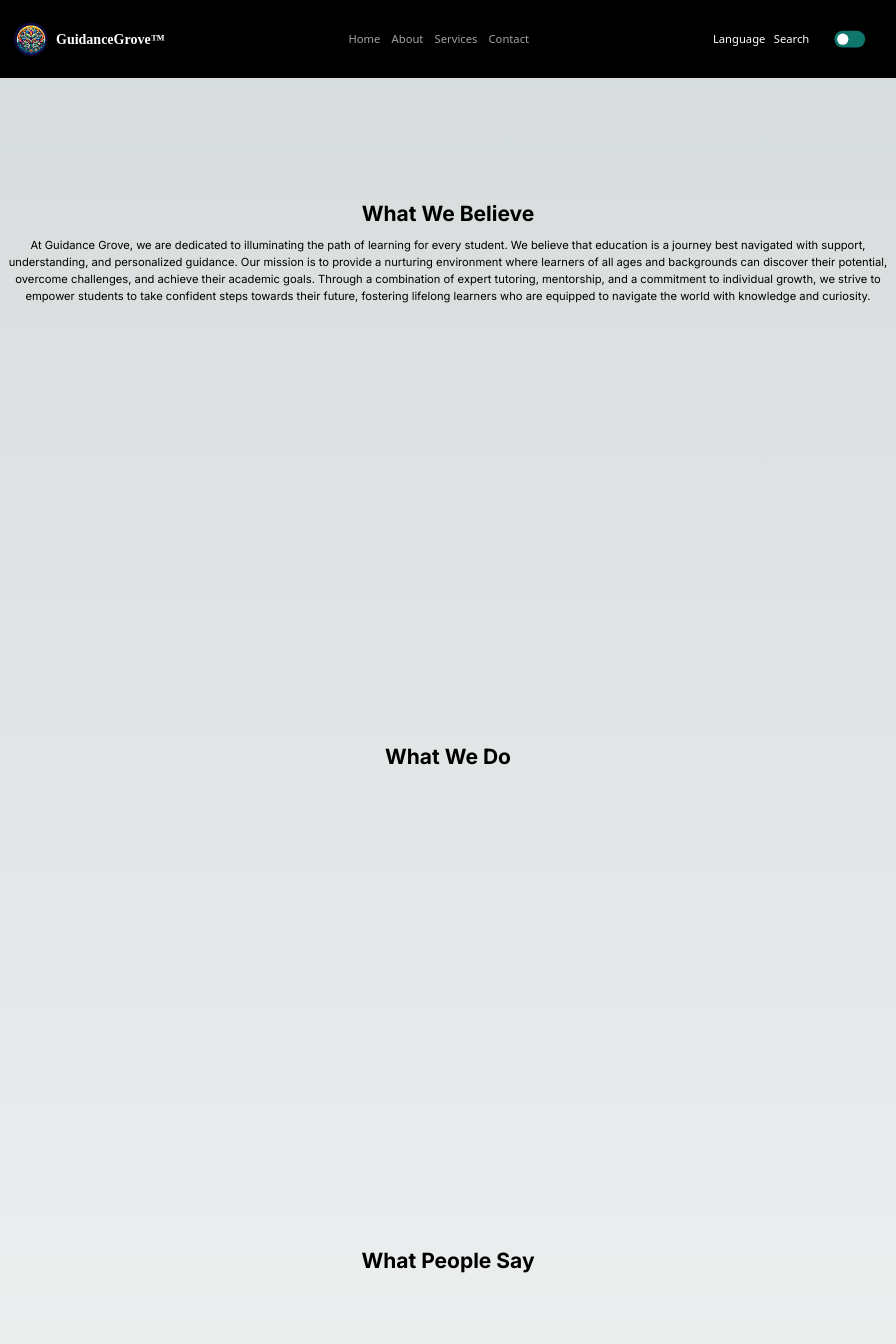
Repository: PositiveGuy/GuidanceGrove
Page: /
The author's editor kept a copy of each file at every save. The page is drawn from the files as they stood at one save, then again after the next save.
The browser window is 1280 px wide. The pictures show the part of the page from y = 0 to 1920 px (the page is 3600 px tall), at 70% of full size.
The project was rebuilt for these pictures with package versions that can differ from the ones it lists, and the page was loaded fresh each time. The framework's server and built-in components were replaced by stand-ins that run in the browser. Also part of the build but not shown: next.config.js.

Above is the page before, as saved 2023-12-28 11:27:01.

### src/app/layout.tsx
import React from 'react';
import Header from '../components/header';
import Footer from '../components/footer';
import { Inter } from 'next/font/google';
import './globals.css';
import { ThemeContextProvider } from '@/context/ThemeContext';
import ThemeProvider from '@/providers/ThemeProvider';
import ThemeWrapper from '@/components/ThemeWrapper';

//font
const inter = Inter({ subsets: ['latin'] });



//header and footer layout
const RootLayout = ({ children }: { children: React.ReactNode }) => {
  return (
    <html lang='en'>
      <body>
        <ThemeContextProvider>
          <ThemeProvider>
            <Header />

            <main className={inter.className}>{children}</main>

          </ThemeProvider>
        </ThemeContextProvider>
      </body>
    </html>
  );
};

export default RootLayout;

### src/app/page.tsx
import React from 'react';
//components import
import BelieveSection from '../components/BelieveSection';
import ServicesSection from '../components/ServicesSection';
import TestimonialsSection from '../components/TestimonialsSection';
import CallToActionSection from '../components/CallToActionSection';
import ContactSection from '../components/ContactSection';


//page layout
const Page = () => {
  return (
    <>

      <BelieveSection />
      <ServicesSection />
      <TestimonialsSection />
      <CallToActionSection />
      <ContactSection />
    </>
  );
};

export default Page;

### src/components/header.tsx
"use client"
import ThemeToggle from "./ThemeToggle";


const Header = () => {
  return (
    <nav className="fixed z-50 w-full flex justify-between items-center p-5 bg-black">
      {/* Left Side: Logo and GuidanceGrove™ */}
      <div className="flex items-center space-x-3">
        <img src="/Logo/guidance-grove-logo.png" alt="Guidance Grove Logo" className="h-12 w-12 rounded-full" />
        <div className="text-xl font-caveat font-bold text-white">
          GuidanceGrove™
        </div>
      </div>

      {/* Center: Navigation Links */}
      <div>
        <ul className="flex space-x-4">
          <li><a href="/" className="text-neutral-400 hover:text-white">Home</a></li>
          <li><a href="/about" className="text-neutral-400 hover:text-white">About</a></li>
          <li><a href="/services" className="text-neutral-400 hover:text-white">Services</a></li>
          <li><a href="/contact" className="text-neutral-400 hover:text-white">Contact</a></li>
        </ul>
      </div>

      {/* Right Side: Placeholders for Language, Search, and Dark Mode Toggle */}
      <div className="flex items-center space-x-3">
        <div className="text-white">Language</div>
        <div className="text-white">Search</div>
        <ThemeToggle />
      </div>
    </nav>
  );
};

export default Header;

### src/app/globals.css
@tailwind base;
@tailwind components;
@tailwind utilities;

:root {
  --foreground-rgb: 0, 0, 0;
  --background-start-rgb: 214, 219, 220;
  --background-end-rgb: 255, 255, 255;
}

@media (prefers-color-scheme: dark) {
  :root {
    --foreground-rgb: 255, 255, 255;
    --background-start-rgb: 0, 0, 0;
    --background-end-rgb: 0, 0, 0;
  }
}

body {
  color: rgb(var(--foreground-rgb));
  background: linear-gradient(
      to bottom,
      transparent,
      rgb(var(--background-end-rgb))
    )
    rgb(var(--background-start-rgb));
}

.custom-shadow {
    box-shadow: 0 2px 4px rgba(0, 0, 0, 0.2);
}

### src/context/ThemeContext.tsx
"use client"
import { createContext, useState, ReactNode, useEffect } from "react"

interface ChildrenProps {
    children: ReactNode
}

interface ThemeContextType {
    theme: string
    toggle: () => void
}

// This component is responsible to registering and remembering what theme was chosen by the user
// we use local storage for that
export const ThemeContext = createContext<ThemeContextType>({
    theme: "light",
    toggle: () => { },
})

function getFromLocalStorage() {
    if (typeof window === "undefined") {
        return "light";
    }
    const storedTheme = localStorage.getItem("theme");
    console.log("Initial theme from localStorage:", storedTheme); // Debug log
    return storedTheme || "light";
}


export const ThemeContextProvider = ({ children }: ChildrenProps) => {
    const [theme, setTheme] = useState<string>(getFromLocalStorage)

    // since next.js uses server side rendering, we must specify if the transition to client is completed
    const toggle = () => {
        setTheme(prevTheme => prevTheme === "light" ? "dark" : "light");
    };



    useEffect(() => {
        console.log("Updating theme in localStorage to:", theme); // Debug log
        localStorage.setItem("theme", theme);
    }, [theme]);



    return <ThemeContext.Provider value={{ theme, toggle }}>{children}</ThemeContext.Provider>
}

### src/providers/ThemeProvider.tsx
"use client"

import { ThemeContext } from "@/context/ThemeContext"
import { useState, useEffect, useContext, ReactNode } from "react"


interface ChildrenProps {
    children: ReactNode
}

// this component is created to keep the layout/page as server side rendered.
// useContext() requires you to have "use client"

export default function ThemeProvider({ children }: ChildrenProps) {
    const { theme } = useContext(ThemeContext)
    const [mounted, setMounted] = useState(false)

    useEffect(() => {
        setMounted(true)
    }, [])

    if (mounted) {
        return <div className={theme}>{children}</div>
    }
    return <div className={theme}>{children}</div>
}

### src/components/BelieveSection.tsx
"use client"
import { ThemeContext } from "@/context/ThemeContext";
import { useContext } from "react";

const BelieveSection = () => {
  const { theme } = useContext(ThemeContext)
  return (
    <div id="believe" className={`h-screen flex items-center justify-center ${theme === "light" ? " bg-red" : "bg-blue"} `}>
      <div className="text-center">
        <h2 className="text-3xl font-bold">What We Believe</h2>
        <p className="mt-4">At Guidance Grove, we are dedicated to illuminating the path of learning for every student.
          We believe that education is a journey best navigated with support, understanding, and personalized guidance.
          Our mission is to provide a nurturing environment where learners of all ages and backgrounds
          can discover their potential, overcome challenges, and achieve their academic goals.
          Through a combination of expert tutoring, mentorship, and a commitment to individual growth,
          we strive to empower students to take confident steps towards their future,
          fostering lifelong learners who are equipped to navigate the world with knowledge and curiosity.</p>
      </div>
    </div>
  );
};

export default BelieveSection;

### src/components/ServicesSection.tsx
"use client"
import { ThemeContext } from "@/context/ThemeContext";
import { useContext } from "react";

const ServicesSection = () => {
  const { theme } = useContext(ThemeContext)
  return (
    <div id="services" className={`h-screen flex items-center justify-center  `}>
      <div className="text-center">
        <h2 className="text-3xl font-bold">What We Do</h2>
        {/* Add service details here */}
      </div>
    </div>
  );
};

export default ServicesSection;

### src/components/TestimonialsSection.tsx
"use client"
import { ThemeContext } from "@/context/ThemeContext";
import { useContext } from "react";

const TestimonialsSection = () => {
  const { theme } = useContext(ThemeContext)
  return (
    <div id="testimonials" className={`h-screen flex items-center justify-center   `}>
      <div className="text-center">
        <h2 className="text-3xl font-bold">What People Say</h2>
        {/* Add testimonials here */}
      </div>
    </div>
  );
};

export default TestimonialsSection;

### src/components/CallToActionSection.tsx
"use client"
import { ThemeContext } from "@/context/ThemeContext";
import { useContext } from "react";

const CallToActionSection = () => {
  const { theme } = useContext(ThemeContext)
  return (
    <div id="cta" className={`h-screen flex items-center justify-center  `}>
      <div className="container mx-auto px-4 sm:px-6 lg:px-8">
        <div className="flex flex-wrap -mx-4 items-center">
          <div className="text-left lg:w-1/2 px-4 mb-4 lg:mb-0">
            <h2 className="text-5xl font-bold">Payments tool for software companies</h2>
            <p className="mt-2 text-lg">From checkout to global sales tax compliance, companies around the world use Flowbite to simplify their payment stack.</p>
            <button className="mt-4 bg-blue-500 text-white py-2 px-4 rounded hover:bg-blue-700">
              Get started ➤
            </button>
          </div>
          <div className="lg:w-1/2 px-4 flex justify-center lg:justify-end">
            <img src="DALLE/career.png" alt="Software Payment Tool" className="object-contain lg:object-cover h-80 w-full lg:w-auto rounded-lg shadow-lg" />
          </div>
        </div>
      </div>
    </div>
  );
};

export default CallToActionSection;

### src/components/ContactSection.tsx
"use client"
import { ThemeContext } from "@/context/ThemeContext";
import { useContext } from "react";

const ContactSection = () => {
  const { theme } = useContext(ThemeContext)
  return (
    <div id="contact" className={`h-screen flex items-center justify-center  `}>
      <div className="text-center">
        <h2 className="text-3xl font-bold">Contact Us</h2>
        {/* Add contact form or information here */}
      </div>
    </div>
  );
};

export default ContactSection;

### src/components/ThemeToggle.tsx
"use client"
import { useContext } from 'react'
import { Switch } from '@headlessui/react'
import { ThemeContext } from '@/context/ThemeContext'

export default function Example() {
    const { toggle, theme } = useContext(ThemeContext)

    // Determine if the switch should be on or off based on the current theme
    const isDarkMode = theme === 'dark'

    return (
        <div className="flex items-center justify-center p-6"> {/* Adjusted for centering */}
            <Switch
                checked={isDarkMode}
                onChange={toggle} // Use the toggle function from context
                className={`${isDarkMode ? 'bg-teal-900' : 'bg-teal-700'}
                    relative inline-flex items-center h-6 rounded-full w-11 transition-colors focus:outline-none`}
            >
                <span className="sr-only">Toggle theme</span>
                <span
                    aria-hidden="true"
                    className={`${isDarkMode ? 'translate-x-6' : 'translate-x-1'}
                        inline-block w-4 h-4 transform bg-white rounded-full transition-transform`}
                />
            </Switch>
        </div>
    )
}

### tailwind.config.ts
import type { Config } from 'tailwindcss'

const config: Config = {
  content: [
    './src/pages/**/*.{js,ts,jsx,tsx,mdx}',
    './src/components/**/*.{js,ts,jsx,tsx,mdx}',
    './src/app/**/*.{js,ts,jsx,tsx,mdx}',
  ],
  theme: {
    extend: {
      backgroundImage: {
        'gradient-radial': 'radial-gradient(var(--tw-gradient-stops))',
        'gradient-conic':
          'conic-gradient(from 180deg at 50% 50%, var(--tw-gradient-stops))',

      },
      colors: {
        sage: '#B9D0AA',
      },

      fontFamily: {
        caveat: ['Caveat', 'cursive'],
      },

    },

  },
  plugins: [],
}
export default config

After the next save:
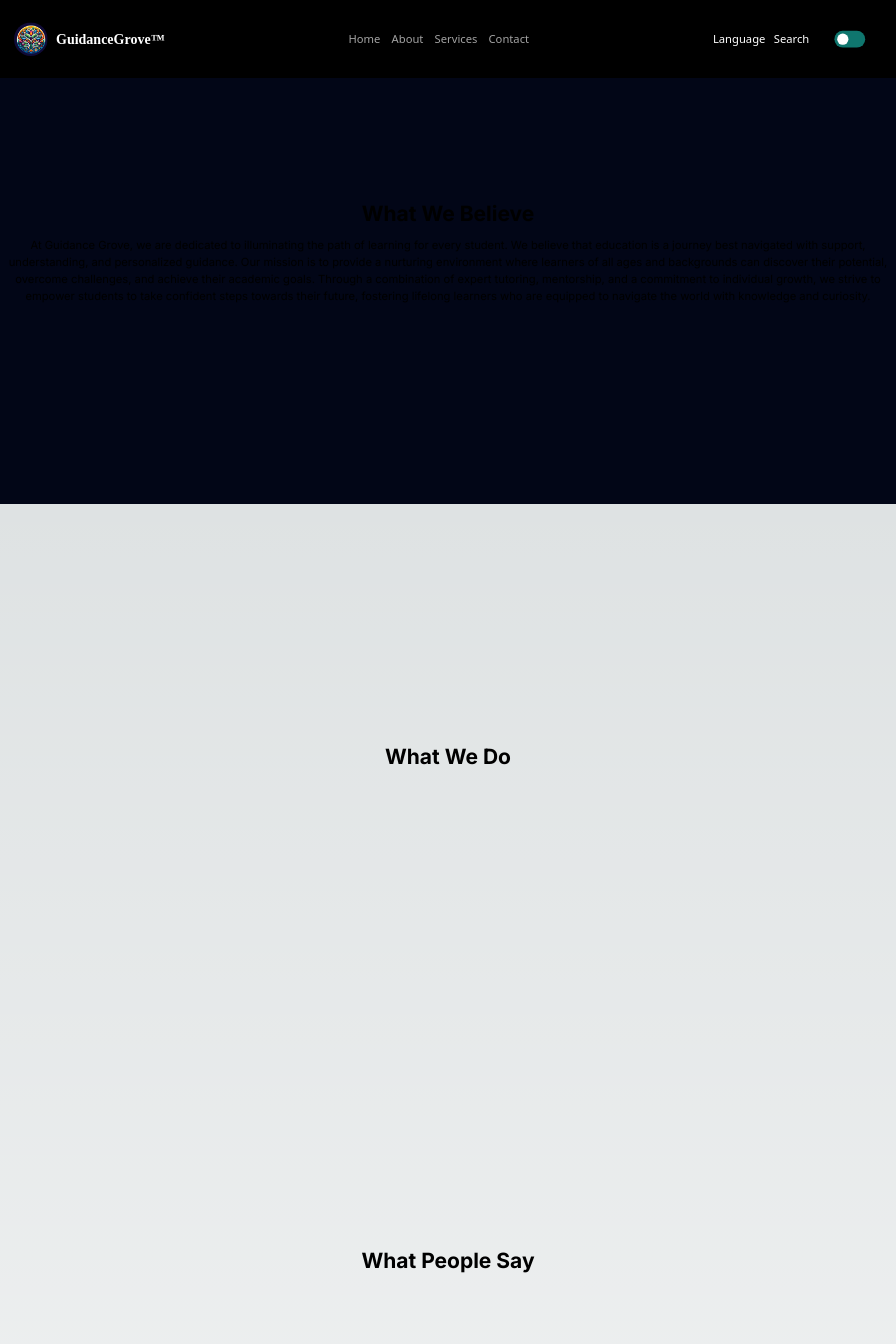
Saved 65 s later.
--- a/src/components/BelieveSection.tsx
+++ b/src/components/BelieveSection.tsx
@@ -5,7 +5,7 @@ import { useContext } from "react";
 const BelieveSection = () => {
   const { theme } = useContext(ThemeContext)
   return (
-    <div id="believe" className={`h-screen flex items-center justify-center ${theme === "light" ? " bg-red" : "bg-blue"} `}>
+    <div id="believe" className={`h-screen flex items-center justify-center ${theme === "light" ? "bg-slate-950" : "bg-red-500"} `}>
       <div className="text-center">
         <h2 className="text-3xl font-bold">What We Believe</h2>
         <p className="mt-4">At Guidance Grove, we are dedicated to illuminating the path of learning for every student.
